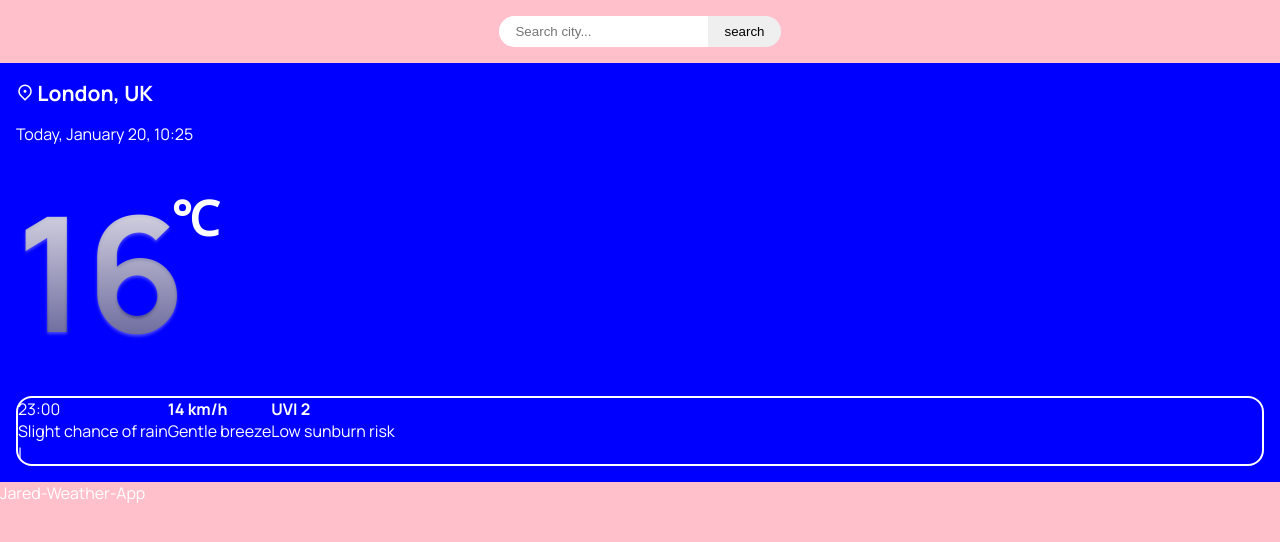
Repository: EguJaredoBoyd/Jared-Weather-App
Page: main.html
An editor plug-in stored every save of this project. The page is shown before and after the next save, followed by the edit.
The browser window is 1280 px wide. The pictures show the whole page.
Some web libraries are served in a nearby version.

Above is the page before, as saved 2026-01-22 17:27:15.

### main.html
<!doctype html>
<html lang="en">
  <head>
    <meta charset="UTF-8" />
    <meta name="viewport" content="width=device-width, initial-scale=1.0" />
    <link rel="preconnect" href="https://fonts.googleapis.com" />
    <link rel="preconnect" href="https://fonts.gstatic.com" crossorigin />
    <link
      href="https://fonts.googleapis.com/css2?family=Manrope:wght@200..800&display=swap"
      rel="stylesheet"
    />
    <head>
      <link
        href="https://cdn.jsdelivr.net/npm/remixicon@4.8.0/fonts/remixicon.css"
        rel="stylesheet"
      />
    </head>
    <link rel="stylesheet" href="./css/styles.css" />
    <title>Jared-Weather-App</title>
  </head>
  <body class="weather-app">
    <div class="weather-app__container">
      <header>
        <div class="search-place">
          <input
            type="text"
            placeholder="Search city..."
            aria-label="Search city"
          />
          <button>search</button>
        </div>
      </header>
      <main>
        <section class="current-weather">
          <div class="place-searched">
            <i class="ri-map-pin-2-line"></i>
            <h3 class="city-name">London, UK</h3>
          </div>
          <div class="date-today">
            <time datetime="2026-01-20T10:25">Today, January 20, 10:25</time>
          </div>
          <div class="place-temperature">
            <span class="place-temperature__measure"><h3>16</h3></span>
            <span class="place-temperature__degree"><h3>℃</h3></span>
          </div>
          <div class="place-forecast">
            <article class="forecast-item forecast-item--weather">
              <time datetime="23:00">23:00</time>
              <p>Slight chance of rain</p>
            </article>

            <article class="forecast-item forecast-item--wind">
              <h4>14 km/h</h4>
              <p>Gentle breeze</p>
            </article>

            <article class="forecast-item forecast-item--uv">
              <h4>UVI 2</h4>
              <p>Low sunburn risk</p>
            </article>
          </div>
        </section>
        <section class="swipe-section">
          <!-- Hourly and daily forecast will slide in here! -->
        </section>
      </main>
      <footer>
        <div><p>Jared-Weather-App</p></div>
      </footer>
    </div>
  </body>
</html>

### css/styles.css
/* ==== CSS RESET ==== */
*,
*::before,
*::after {
  margin: 0;
  padding: 0;
  box-sizing: border-box;
  /* outline: 1px solid red; */
}

:root {
  --background-color: #03045e;
  --text-color: white;
}

html {
  font-size: 16px;
}

body {
  font-family: "Manrope", sans-serif;
  background-color: var(--background-color);
  color: var(--text-color);
}

.weather-app__container {
  display: flex;
  flex-direction: column;
  background-color: pink;
  height: 100vh;
}

.search-place {
  display: flex;
  justify-content: center;
  padding: 1rem;
}

.search-place input {
  padding: 0.5rem 1rem;
  border: none;
  border-bottom-left-radius: 1rem;
  border-top-left-radius: 1rem;
}

.search-place button {
  border: none;
  border-top-right-radius: 1rem;
  border-bottom-right-radius: 1rem;
  padding: 0.5rem 1rem;
}

main {
  background-color: blue;
  display: flex;
  flex-direction: column;
  padding: 1rem;
}

.current-weather {
  display: flex;
  flex-direction: column;
  row-gap: 1rem;
}

.place-searched {
  display: flex;
  align-items: center;
  column-gap: 0.2rem;
  font-size: large;
}

.place-temperature {
  display: flex;
  align-items: center;
  position: relative;
}

.place-temperature__measure h3 {
  font-size: 10rem;
  background: linear-gradient(to bottom, white, var(--background-color));
  -webkit-background-clip: text;
  background-clip: text;
  -webkit-text-fill-color: transparent;
  text-shadow: 0 2px 3px rgba(243, 235, 235, 0.3);
}

.place-temperature__degree h3 {
  font-size: 3rem;
  position: absolute;
  top: 1.5rem;
  left: 9.7rem;
}

.place-forecast {
  display: flex;
  border: 2px solid white;
  border-radius: 1rem;
}

.forecast-item--weather::after {
  content: "|";
}

After the next save:
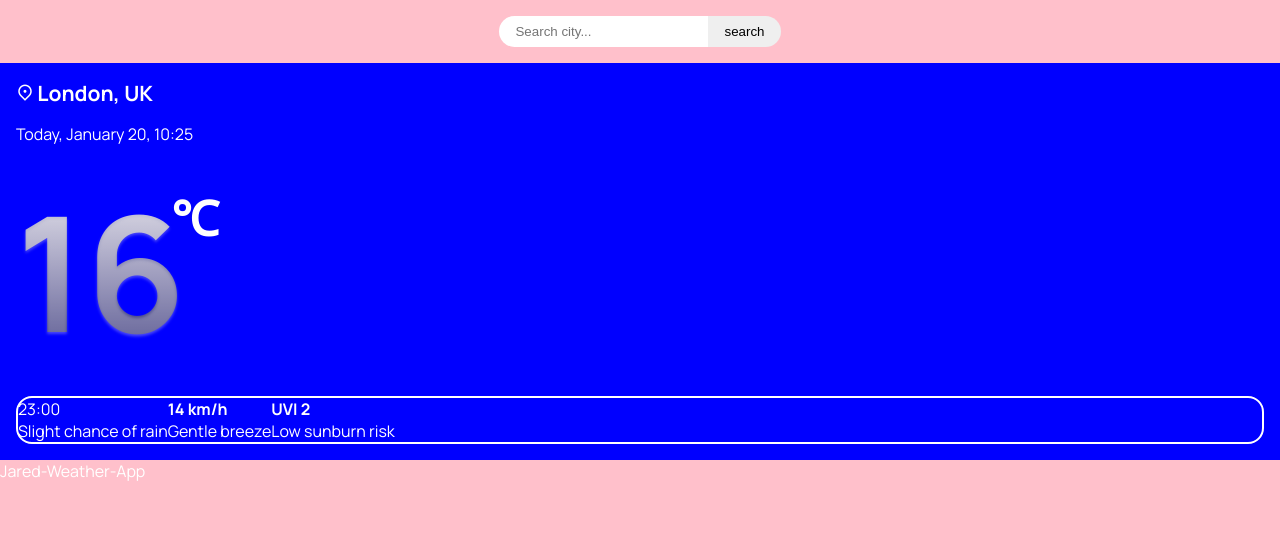
Saved 29 s later.
--- a/css/styles.css
+++ b/css/styles.css
@@ -97,7 +97,3 @@ main {
   border: 2px solid white;
   border-radius: 1rem;
 }
-
-.forecast-item--weather::after {
-  content: "|";
-}
